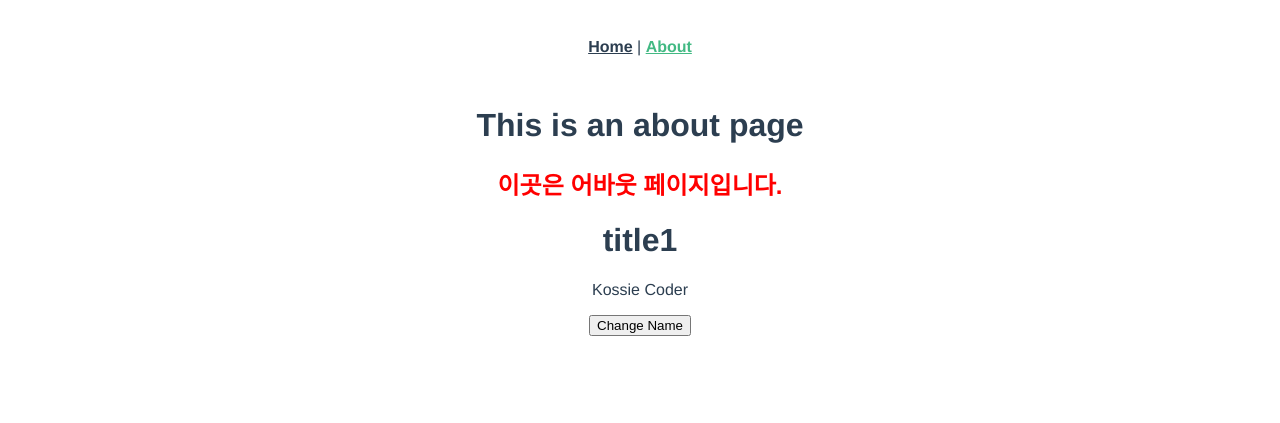
Repository: RyuGeunHwan/code_J
Page: /about (app in vue-props/)
The author's editor kept a copy of each file at every save. The page is drawn from the files as they stood at one save, then again after the next save.
The browser window is 1280 px wide. The pictures show the whole page.
The project was rebuilt for these pictures with package versions that can differ from the ones it lists, and the page was loaded fresh each time. Also part of the build but not shown: vue-props/src/views/Home.vue.

Above is the page before, as saved 2022-08-12 08:19:56.

After the next save:
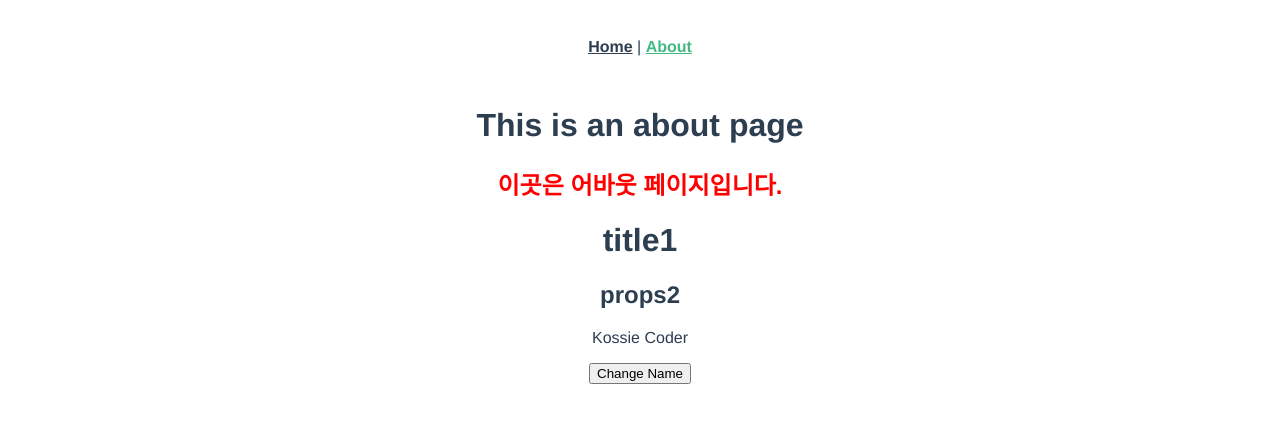
Saved 26 s later.
--- a/vue-props/src/views/About.vue
+++ b/vue-props/src/views/About.vue
@@ -2,7 +2,7 @@
   <div class="about">
     <h1>This is an about page</h1>
     <h2>이곳은 어바웃 페이지입니다.</h2>
-    <KossieCoder title="title1"/>
+    <KossieCoder title="title1" props="props2"/>
   </div>
 </template>
 
